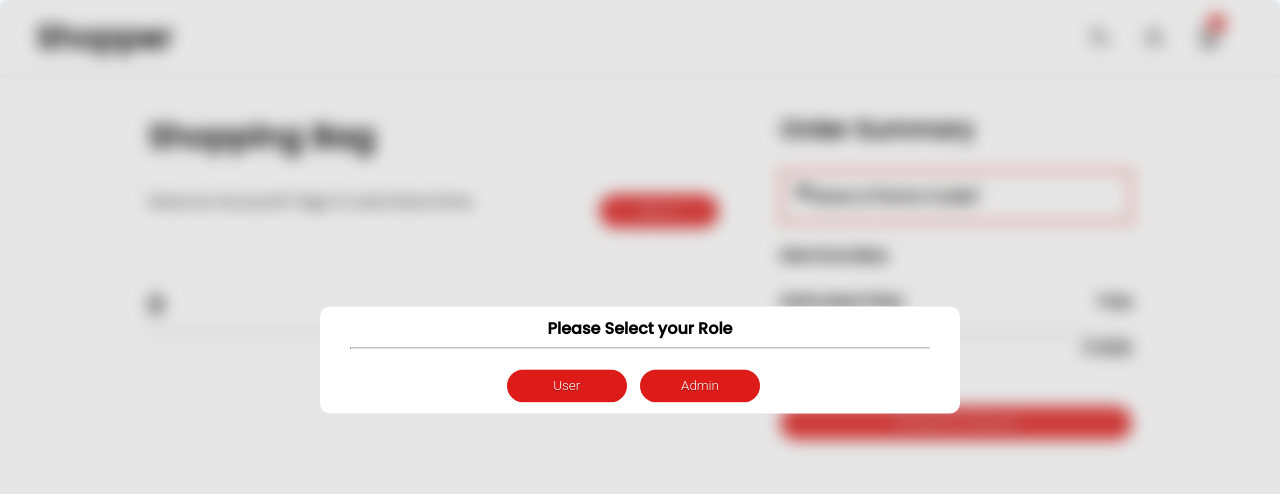
Repository: coolronts/aize-project
Page: /cart
These files come from the project's save history. The page is drawn as it stood at one moment and after the next save; the edit follows.
The browser window is 1280 px wide. The pictures show the whole page.
The project was rebuilt for these pictures with package versions that can differ from the ones it lists, and the page was loaded fresh each time. Also part of the build but not shown: src/App.css, src/components/CartItem/CartItem.tsx, src/components/Card/Card.tsx, src/pages/Shop/shop.module.css, src/pages/Shop/Shop.tsx.

Above is the page before, as saved 2021-09-15 07:39:08.

### src/index.css
* {
    line-height: 1.6;
}

h1 {
    font-size: 2em;
}

h2 {
    font-size: 1.5em;
}

h3 {
    font-size: 1.17em;
}

h4 {
    font-size: 1em;
}

### src/App.tsx
import React, { useState, useEffect } from 'react';
import {BrowserRouter,Switch,Route} from 'react-router-dom';
import './App.css';
import Cart from "./pages/Cart/Cart"
import Shop from "./pages/Shop/Shop"
import Modal from "./components/Modal/Modal"
import Header from "./components/Header/Header"
import {UserContextProvider} from './context/user'
import {CommonContextProvider} from './context/common'
import {ProductCartType} from './interfaces'
import {Get} from './api/api'

const App: React.FunctionComponent = () => {
  //States
  const [id, setId] = useState<number|null>(null)
  const [role, setRole]= useState<'ADMIN'|'CUSTOMER'|null>(null)
  const [products, setProducts] = useState<ProductCartType[]>([])
  const [cartQty, setCartQty] = useState<number>(0)
  const [isLoading,setIsLoading] = useState<boolean>(false)
  const [isError,setIsError] = useState<boolean>(false)
  const updateIsLoading = (state:boolean)=>{setIsLoading(state)}
  const updateIsError = (state:boolean)=>{setIsError(state)}

  const addUser = (_id:number) =>{
    updateIsLoading(true)
    setId(()=>_id);
    (_id%2===0) ? setRole(()=>'CUSTOMER') : setRole(()=>'ADMIN')
    updateIsLoading(false)
  }
  const addProduct = (_id:number, _quantity:number) =>{
    const foundProduct = products.find(x => x.id === _id)
    if(foundProduct){foundProduct.quantity += _quantity}
    else{setProducts(products.concat({id:_id,quantity:_quantity}))}
    setCartQty(()=>cartQty+1)
  }

  const addCart = async (_cart:ProductCartType[])=>{setProducts(()=>(_cart))}

  useEffect(() =>{
    if(id != null){
      updateIsLoading(true)
      Get.getUserCart(id)
      .then(response =>{
        if(response.products != null){
          addCart(response.products)
          let totalQty = 0
          response.products.map((product) => totalQty += product.quantity)
          setCartQty(totalQty)
          updateIsLoading(false)}
        }
  )}},[id])


  const userContextValues ={Cart:{id,products},cartQty, role,addUser,addProduct, addCart}
  const commonContextValues = {isLoading, isError, updateIsError, updateIsLoading}


  return (
    <CommonContextProvider value={commonContextValues}>
      <UserContextProvider value={userContextValues}>
        {(id==null || isLoading ) && <Modal/> }
        <BrowserRouter>
          <Header/>
          <Switch>
            <Route path="/" exact component={Shop}/>
            {<Route path="/cart" exact component={Cart}/>}
          </Switch>
        </BrowserRouter>
      </UserContextProvider>
    </CommonContextProvider>
  )
};

export default App;

### src/pages/Cart/Cart.tsx
import React,{useContext, useEffect, useState} from 'react';
import styles from './cart.module.css';
import {AiFillTag} from "react-icons/ai";
import UserContext from '../../context/user'
import CartItem from '../../components/CartItem/CartItem'

const Cart: React.FunctionComponent = () => {
  const userContext = useContext(UserContext)
  const productsList = userContext.Cart.products
  const[total,setTotal]= useState<number>(0)
  const updateTotal = (newPrice:number):void =>{
    setTotal((prevState)=>newPrice+prevState)
  }
  return (
    <div className={styles.container}>
      <div className={styles.shoppingBag}>
        <h1>Shopping Bag</h1>
        <div className={styles.signInContainer}>
          <p>Have an Account? Sign in and Save time.</p>
          <button>Sign In </button>
        </div>
        <div className={styles.cart}>
          <h2>{userContext.cartQty}</h2>
          <hr/>
          {productsList.map((item,index) => {
            return (
              <div key={index}>
                <CartItem id={item.id} qty={item.quantity}  updateTotal={updateTotal}/>
              </div>
            )
          })}

        </div>

      </div>
      <div className={styles.orderSummary}>
        <h2>Order Summary</h2>
        <div className={styles.promoCode}>
          <AiFillTag/>
          <h4>Have a Promo Code?</h4>
        </div>
        <div className={styles.price}>
          <h4>Merchandise:</h4>
          <strong>{}</strong>
        </div>
        <div className={styles.price}>
          <h4>Estimated Ship:</h4>
          <strong>Free</strong>
        </div>
        <hr/>
        <div className={styles.price}>
          <h3><strong>Order Total</strong></h3>
          <strong>{total} NOK</strong>
        </div>
        <div className={styles.PayButtonContainer}>
          <button>Proceed to Checkout</button>
        </div>

      </div>
    </div>
  )
};

export default Cart;

### src/components/Modal/Modal.tsx
import React, { useContext } from 'react';
import styles from './modal.module.css'
import UserContext from '../../context/user'
import CommonContext from '../../context/common'

const Modal: React.FunctionComponent = () => {
  const userContext = useContext(UserContext)
  const commonContext = useContext(CommonContext)

  return (
    <div className={styles.container}>
      <div className={styles.modal}>
        {commonContext.isLoading ?
          (<div className={styles.loaderContainer}>
            <div className={styles.loader}></div>
          </div>)
        : (<>
        <h4>Please Select your Role</h4>
        <hr/>
        <button onClick={()=>{
          !userContext.Cart.id && userContext.addUser(Math.floor(Math.random() * 49)*2)
        }}>
        User</button>
        <button onClick={()=>{
          !userContext.Cart.id && userContext.addUser(Math.floor(Math.random() * 49)*2 + 1)
        }}>Admin</button>
        </>)}
      </div>
    </div>
  )
}

export default Modal

### src/components/Header/Header.tsx
import React from 'react';
import {Link} from "react-router-dom";

import styles from './header.module.css';
import Logo from '../Logo/Logo'

const Header: React.FunctionComponent = () => {
  const linkStyle ={
    textDecoration: 'none',
    color:'black'
  }
  return (
    <header>
      <div className={styles.logoContainer}>
        <Link to="/" style={linkStyle}>
          <h1>Shopper</h1>
        </Link>
      </div>
      <div className={styles.logoContainer}>
        <Logo logo={"search"}/>
        <Logo logo={"user"}/>
        <Logo logo={"cart"}/>
      </div>
    </header>
  )
}

export default Header

### src/context/user.ts
import { createContext } from "react";
import {IUserProp, ProductCartType} from '../interfaces'

//initializing the state
const UserContext = createContext<IUserProp>({
  Cart:{id:null,products:[]},
  role:null,
  cartQty: 0,
  addCart:(products:ProductCartType[])=>{},
  addUser:(id:number)=>{},
  addProduct:(id:number)=>{}
})

export const UserContextConsumer = UserContext.Consumer;
export const UserContextProvider = UserContext.Provider;
export default UserContext;

### src/context/common.ts
import { createContext } from "react";
import {ICommon} from '../interfaces'

//initializing the state
const CommonContext = createContext<ICommon>({
  isLoading:false,
  isError:false,
  updateIsLoading:(state:boolean) =>{},
  updateIsError:(state:boolean) =>{}
})

export const CommonContextConsumer = CommonContext.Consumer;
export const CommonContextProvider = CommonContext.Provider;
export default CommonContext;

### src/api/api.ts
import axios, {AxiosResponse} from 'axios';
import {IProduct, UserCartType} from '../interfaces'

const instance = axios.create({
  baseURL: 'http://localhost:8080',
  timeout: 15000,
});

const responseBody = (response: AxiosResponse) => response.data;

const requests = {
	get: (url: string) => instance.get(url).then(responseBody),
};


export const Get={
  getProducts: (): Promise<IProduct[]> => requests.get('products'),
  getUserCart: (id:number): Promise<UserCartType> => requests.get('carts/'+ id),
  getProduct: (id:number): Promise<IProduct> => requests.get('products/'+ id),
  searchProduct: (query:string): Promise<IProduct[]> => requests.get('products?q='+ query),
}

### src/pages/Cart/cart.module.css
.container {
    padding: 24px 124px 24px 124px;
    display: flex;
}

strong {
    font-weight: 600;
}

.shoppingBag {
    width: 80%;
    padding: 12px 24px 12px 24px;
}

.signInContainer {
    margin-bottom: 12px;
    margin-top: 12px;
    display: flex;
    align-items: center;
    justify-content: space-between;
}

.cart {
    padding-top: 46px;
}

.product {
    display: flex;
}

.productInfo {
    height: inherit;
    display: flex;
    flex-direction: column;
    justify-content: space-between;
    margin-right: 20px;
}

.productSummary {
    margin-left: 20px;
    display: flex;
    flex-direction: column;
    justify-content: center;
    text-align: center;
}

.buttonContainer {
    margin-top: 24px;
    display: flex;
    justify-content: center;
}

button {
    cursor: pointer;
    width: 120px;
    background-color: #dd1c1a;
    display: inline-block;
    padding: 0.3em 1.2em;
    margin: 0 1em 0.1em 0;
    border: 0.16em solid rgba(255, 255, 255, 0);
    border-radius: 2em;
    box-sizing: border-box;
    text-decoration: none;
    font-family: 'Roboto', sans-serif;
    font-weight: 300;
    color: white;
    text-shadow: 0 0.04em 0.04em rgba(0, 0, 0, 0.35);
    text-align: center;
    transition: all 0.2s;
}

button:hover {
    border-color: rgba(255, 255, 255, 1);
}

.orderSummary {
    padding: 12px 24px 12px 24px;
    width: 50%;
}

.promoCode {
    display: flex;
    margin-top: 20px;
    margin-bottom: 20px;
    border: 2px solid #dd1c1a;
    padding: 12px 12px 12px 12px;
    width: 100%;
    text-align: center;
}

.price {
    display: flex;
    justify-content: space-between;
    margin-bottom: 20px;
}

.PayButtonContainer>button {
    margin-top: 20px;
    width: 100%;
}

### src/components/Modal/modal.module.css
.container {
    width: 100%;
    height: 100%;
    position: fixed;
    background: rgba( 155, 155, 155, 0.25);
    box-shadow: 0 8px 32px 0 rgba( 31, 38, 135, 0.37);
    backdrop-filter: blur( 8px);
    -webkit-backdrop-filter: blur( 8px);
    border-radius: 10px;
    z-index: 20;
}

.modal {
    text-align: center;
    background-color: white;
    border-radius: 10px;
    padding: 10px 30px 10px 30px;
    width: 50%;
    position: absolute;
    top: 50%;
    left: 50%;
    transform: translate(-50%, -50%);
}

button {
    margin-top: 20px;
}

.loaderContainer {
    padding: 10px 30px 10px 30px;
    width: 100%;
    height: 100%;
    display: flex;
    justify-content: center;
}

.loader {
    position: relative;
    border: 16px solid #f3f3f3;
    border-radius: 50%;
    border-top: 16px solid #3498db;
    width: 120px;
    height: 120px;
    -webkit-animation: spin 2s linear infinite;
    /* Safari */
    animation: spin 2s linear infinite;
}


/* Safari */

@-webkit-keyframes spin {
    0% {
        -webkit-transform: rotate(0deg);
    }
    100% {
        -webkit-transform: rotate(360deg);
    }
}

@keyframes spin {
    0% {
        transform: rotate(0deg);
    }
    100% {
        transform: rotate(360deg);
    }
}

### src/components/Header/header.module.css
header {
    box-shadow: 0 1px 3px 0 rgba(0, 0, 0, 0.1), 0 1px 2px 0 rgba(0, 0, 0, 0.06);
    padding: 12px 36px 12px 36px;
    display: flex;
    justify-content: space-between;
    align-items: center;
}

.logoContainer {
    display: flex;
}

### src/components/Logo/Logo.tsx
import React, {useContext, useState} from 'react';
import {IProduct} from '../../interfaces'
import {Link} from "react-router-dom";
import {Get} from "../../api/api"
import {MdCancel} from "react-icons/md"

import styles from './logo.module.css';
import { AiOutlineShoppingCart, AiOutlineUser, AiOutlineSearch } from 'react-icons/ai';
import UserContext from '../../context/user'

const Logo: React.FunctionComponent<{logo:string}>= ({logo}) => {
  const userContext = useContext(UserContext)
  const [searchItems, setSearchItems] = useState<IProduct[]>([])
  const [isSearch, setIsSearch] = useState<boolean>(false)
  const search = (keyword:any) =>{
    if(keyword.length===0){
      setIsSearch(false)
    }
    else{
      setIsSearch(true)
      Get.searchProduct(keyword)
      .then(result => {setSearchItems(()=>result.slice(0,5))})
      console.log(searchItems)
    }
  }
  return (
    <>
      {logo==="cart" && (
        <Link to="/cart">
          <div className={styles.logoContainer}>
            <AiOutlineShoppingCart className={styles.icon}/>
            {userContext.Cart.products != null && (<p className={styles.badge}>{userContext.cartQty}</p>)}
          </div>
        </Link>
      )}

      {logo==="user" && (
        <div className={styles.logoContainer}>
         <AiOutlineUser className={styles.icon}/>
        </div>
      )}

      {logo==="search" && (
        <>

          { isSearch && <div className={styles.searchContainer}>
            <input type="text" onChange={(e)=>search(e.target.value)} className={styles.searchBox}/>
            <MdCancel onClick={()=>setIsSearch(false)}  />
            <>
              {isSearch &&
                <div className={styles.suggestionContainer}>
                  {isSearch && searchItems.map((item,index)=>{
                    return(<div key={index} className={styles.suggestionContainer}>
                      <div  className={styles.suggestion}>
                        <img src={item.defaultImage} alt="product"/>
                        <div className={styles.info}>
                          <p className={styles.name}>{item.name}</p>
                          <div className={styles.price}>
                            <p>{item.price} Nok</p>
                            <p>-{item.discount}%</p>
                          </div>
                        </div>
                      </div>
                      <hr></hr>
                      </div>  )
                    })}
              </div>}
            </>
          </div>}

          <div onClick={()=>{
            setIsSearch(true)
            setSearchItems([])
            }} className={styles.logoContainer}>
            <AiOutlineSearch  className={styles.icon}/>
          </div>
        </>
      )}
    </>
  )
}

export default Logo

### src/components/CartItem/cartItem.module.css
.container {
    padding: 24px 124px 24px 124px;
    display: flex;
}

strong {
    font-weight: 600;
}

.shoppingBag {
    width: 60%;
    padding: 12px 24px 12px 24px;
}

.signInContainer {
    margin-bottom: 12px;
    margin-top: 12px;
    display: flex;
    align-items: center;
    justify-content: space-between;
}

.cart {
    padding-top: 46px;
}

.product {
    display: flex;
}

.productInfo {
    height: inherit;
    display: flex;
    flex-direction: column;
    justify-content: space-between;
    margin-left: 20px;
    width: 50%;
}

.vl {
    border-left: 2px solid #D3D3D3;
    height: 60px;
    align-self: center;
}

.productSummary {
    margin-left: 20px;
    display: flex;
    flex-direction: column;
    justify-content: center;
    text-align: center;
    color: #dd1c1a;
}

.buttonContainer {
    margin-top: 24px;
    display: flex;
    justify-content: center;
}

.imageContainer {
    display: flex;
    flex-direction: column;
    justify-content: center;
}

button {
    cursor: pointer;
    width: 120px;
    background-color: #dd1c1a;
    display: inline-block;
    padding: 0.3em 1.2em;
    margin: 0 1em 0.1em 0;
    border: 0.16em solid rgba(255, 255, 255, 0);
    border-radius: 2em;
    box-sizing: border-box;
    text-decoration: none;
    font-family: 'Roboto', sans-serif;
    font-weight: 300;
    color: white;
    text-shadow: 0 0.04em 0.04em rgba(0, 0, 0, 0.35);
    text-align: center;
    transition: all 0.2s;
}

button:hover {
    border-color: rgba(255, 255, 255, 1);
}

.orderSummary {
    padding: 12px 24px 12px 24px;
    width: 100%;
}

.promoCode {
    display: flex;
    margin-top: 20px;
    margin-bottom: 20px;
    border: 2px solid #dd1c1a;
    padding: 12px 12px 12px 12px;
    width: 100%;
    text-align: center;
}

.price {
    display: flex;
    justify-content: space-between;
    margin-bottom: 20px;
}

.PayButtonContainer>button {
    margin-top: 20px;
    width: 100%;
}

### src/components/Card/card.module.css
            @import url('https://fonts.googleapis.com/css2?family=Poppins:wght@300;400;500&display=swap');
            * {
                margin: 0;
                padding: 0;
                box-sizing: border-box;
                font-family: 'Poppins', sans-serif;
            }

            .active {
                color: crimson;
                box-shadow: 0 5px 10px rgba(146, 61, 36, 0.05), 0 15px 40px rgba(165, 83, 63, 0.2);
            }

            .container {
                overflow: hidden;
                position: relative;
                display: flex;
                flex-direction: column;
                justify-content: space-between;
                cursor: pointer;
                height: 360px;
                padding: 25px;
                background: #fff;
                max-width: 260px;
                border-radius: 20px;
                margin: 10px auto;
                box-shadow: 0 5px 10px rgba(154, 160, 185, .05), 0 15px 40px rgba(166, 173, 201, .2);
            }

            .discount {
                position: absolute;
                background-color: #dd1c1a;
                font-weight: bold;
                font-size: 14px;
                color: white;
                padding-left: 20px;
                padding-top: 24px;
                height: 65px;
                width: 65px;
                border-radius: 50%;
                left: -10px;
                top: -15px;
                box-shadow: 0 5px 10px rgba(146, 61, 36, 0.05), 0 15px 40px rgba(165, 83, 63, 0.2);
            }

            .imageContainer {
                text-align: center;
            }

            img {
                width: 100px;
            }

            .name {
                font-weight: bold;
                text-align: center;
                margin-top: 5px;
                height: 40px;
            }

            .description {
                font-weight: 500;
                font-size: 12px;
                text-align: justify;
                margin-bottom: 10px;
                line-height: normal;
                white-space: pre-wrap;
                overflow: hidden;
                text-overflow: ellipsis;
                height: 80px;
            }

            .price {
                text-align: center;
                font-weight: bolder;
                color: #dd1c1a;
                margin-bottom: 10px;
            }

            .buttonContainer {
                display: flex;
                justify-content: space-around;
            }

            .buttonContainer>button {
                cursor: pointer;
                width: 120px;
                background-color: #dd1c1a;
                display: inline-block;
                padding: 0.3em 1.2em;
                margin: 0 0.1em 0.1em 0;
                border: 0.16em solid rgba(255, 255, 255, 0);
                border-radius: 2em;
                box-sizing: border-box;
                text-decoration: none;
                font-family: 'Roboto', sans-serif;
                font-weight: 300;
                color: white;
                text-shadow: 0 0.04em 0.04em rgba(0, 0, 0, 0.35);
                text-align: center;
                transition: all 0.2s;
            }

            .buttonContainer>button:hover {
                border-color: rgba(255, 255, 255, 1);
            }

### src/components/Logo/logo.module.css
.logoContainer {
    position: relative;
    cursor: pointer;
    border-radius: 18px;
    padding: 18px;
    z-index: 1;
    margin-right: 18px;
}

.logoContainer:hover {
    box-shadow: 0 5px 10px rgba(146, 61, 36, 0.05), 0 15px 40px rgba(165, 83, 63, 0.2);
}

.icon {
    position: absolute;
    font-size: 24px;
    color: black;
    z-index: 5;
    top: 0;
    bottom: 0;
    left: 0;
    right: 0;
    margin: auto auto auto auto;
}

.badge {
    position: absolute;
    background-color: #dd1c1a;
    color: white;
    font-weight: bold;
    font-size: 8px;
    width: 18px;
    height: 18px;
    border-radius: 50%;
    text-align: center;
    top: -6px;
    line-height: 18px;
}

.searchContainer {
    width: 100%;
    height: 100%;
    position: fixed;
    left: 0;
    background: rgba( 255, 255, 255, 1);
    box-shadow: 0 8px 32px 0 rgba( 31, 38, 135, 0.37);
    backdrop-filter: blur( 4px);
    -webkit-backdrop-filter: blur( 4px);
    border-radius: 10px;
    border: 1px solid rgba( 255, 255, 255, 0.18);
    z-index: 20;
    text-align: center;
}

.searchContainer>input {
    margin-top: 5%;
    border-radius: 12px;
    outline: none;
    border: 1px solid black;
    padding: 0.5em 1em 0.5em 1em;
}

.suggestion {
    padding-top: 10px;
    display: flex;
    align-items: center;
    margin-bottom: 3px;
    margin-top: 10px;
    width: 100%;
    margin-left: 20%;
}

.name {
    font-size: 18px;
}

.info {
    display: flex;
    flex-direction: column;
    margin-left: 5%;
}

.price {
    margin-top: 5px;
    width: 60%;
    display: flex;
    justify-content: space-around;
    width: 100%;
    font-size: 12px;
}

.suggestion>img {
    width: 5%;
    border-radius: 12px;
}

hr {
    margin-top: 5px;
}

Loaded but not shown: public/index.html (common file); src/index.tsx (common file)

After the next save:
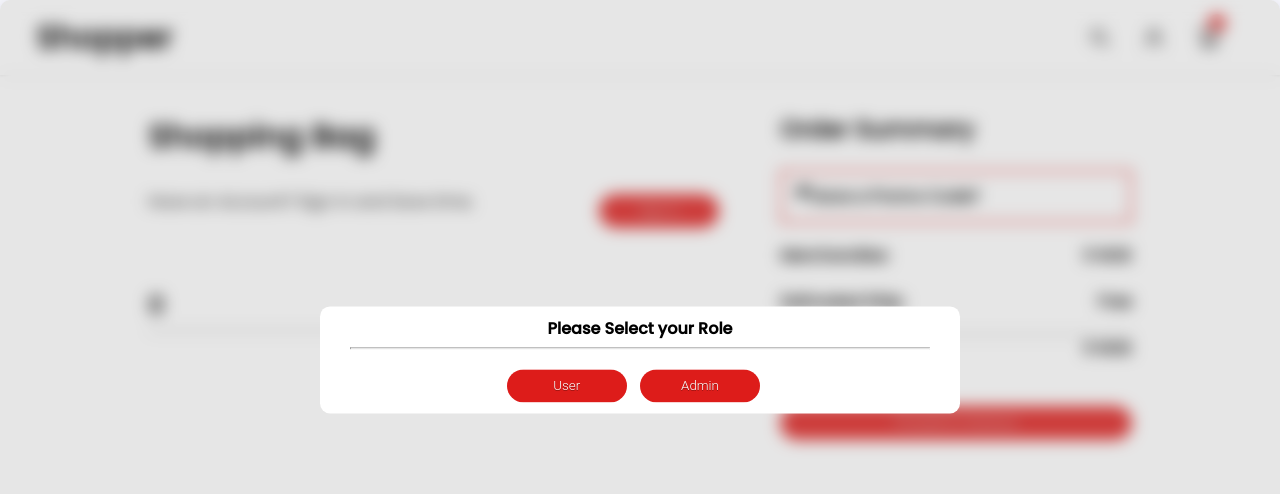
Saved 42 s later.
--- a/src/pages/Cart/Cart.tsx
+++ b/src/pages/Cart/Cart.tsx
@@ -41,7 +41,7 @@ const Cart: React.FunctionComponent = () => {
         </div>
         <div className={styles.price}>
           <h4>Merchandise:</h4>
-          <strong>{}</strong>
+          <strong>{total} NOK</strong>
         </div>
         <div className={styles.price}>
           <h4>Estimated Ship:</h4>
